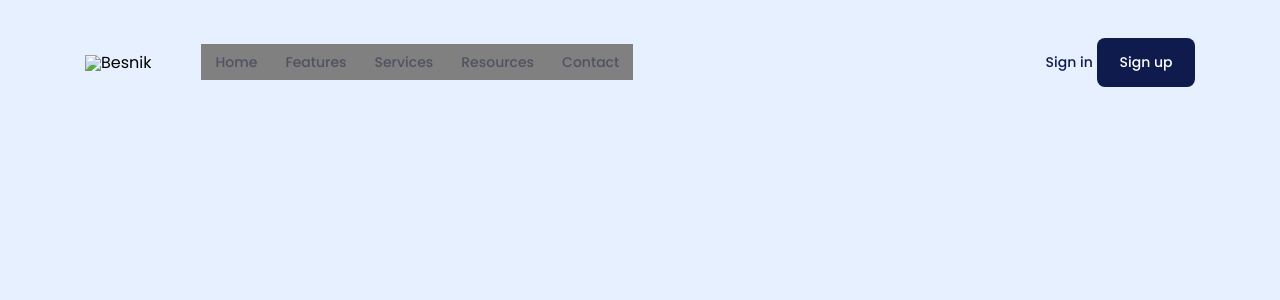
Repository: Phu2992/htmlcss-f8-01
Page: index.html
The author's editor kept a copy of each file at every save. The page is drawn from the files as they stood at one save, then again after the next save.
The browser window is 1280 px wide. The pictures show the whole page.

Above is the page before, as saved 2024-09-25 22:48:34.

### index.html
<!DOCTYPE html>
<html lang="en">
    <head>
        <meta charset="UTF-8" />
        <meta name="viewport" content="width=device-width, initial-scale=1.0" />
        <link rel="stylesheet" href="./assets/css/reset.css" />
        <link rel="stylesheet" href="./assets/fonts/stylesheet.css" />
        <link rel="stylesheet" href="./assets/css/styles.css" />
        <title>F8-Project-1</title>
    </head>
    <body>
        <!-- Header -->
        <header class="header">
            <div class="content">
                <nav class="navbar">
                    <img src="./assets/img/logo.svg" alt="Besnik" />
                    <ul>
                        <li><a href="#!">Home</a></li>
                        <li><a href="#!">Features</a></li>
                        <li><a href="#!">Services</a></li>
                        <li><a href="#!">Resources</a></li>
                        <li><a href="#!">Contact</a></li>
                    </ul>
                    <div class="action">
                        <a href="#!" class="action-link">Sign in</a>
                        <a href="#!" class="btn">Sign up</a>
                    </div>
                </nav>
            </div>
        </header>
    </body>
</html>

### assets/fonts/stylesheet.css
/* ===================== Poppins====================== */
@font-face {
    font-family: "Poppins";
    src: url("poppins/Poppins-Bold.woff2") format("woff2"),
        url("poppins/Poppins-Bold.woff") format("woff");
    font-weight: bold;
    font-style: normal;
    font-display: swap;
}

@font-face {
    font-family: "Poppins";
    src: url("poppins/Poppins-BlackItalic.woff2") format("woff2"),
        url("poppins/Poppins-BlackItalic.woff") format("woff");
    font-weight: 900;
    font-style: italic;
    font-display: swap;
}

@font-face {
    font-family: "Poppins";
    src: url("poppins/Poppins-Black.woff2") format("woff2"),
        url("poppins/Poppins-Black.woff") format("woff");
    font-weight: 900;
    font-style: normal;
    font-display: swap;
}

@font-face {
    font-family: "Poppins";
    src: url("poppins/Poppins-ExtraBold.woff2") format("woff2"),
        url("poppins/Poppins-ExtraBold.woff") format("woff");
    font-weight: bold;
    font-style: normal;
    font-display: swap;
}

@font-face {
    font-family: "Poppins";
    src: url("poppins/Poppins-ExtraLight.woff2") format("woff2"),
        url("poppins/Poppins-ExtraLight.woff") format("woff");
    font-weight: 200;
    font-style: normal;
    font-display: swap;
}

@font-face {
    font-family: "Poppins";
    src: url("poppins/Poppins-BoldItalic.woff2") format("woff2"),
        url("poppins/Poppins-BoldItalic.woff") format("woff");
    font-weight: bold;
    font-style: italic;
    font-display: swap;
}

@font-face {
    font-family: "Poppins";
    src: url("poppins/Poppins-ExtraBoldItalic.woff2") format("woff2"),
        url("poppins/Poppins-ExtraBoldItalic.woff") format("woff");
    font-weight: bold;
    font-style: italic;
    font-display: swap;
}

@font-face {
    font-family: "Poppins";
    src: url("poppins/Poppins-Light.woff2") format("woff2"),
        url("poppins/Poppins-Light.woff") format("woff");
    font-weight: 300;
    font-style: normal;
    font-display: swap;
}

@font-face {
    font-family: "Poppins";
    src: url("poppins/Poppins-LightItalic.woff2") format("woff2"),
        url("poppins/Poppins-LightItalic.woff") format("woff");
    font-weight: 300;
    font-style: italic;
    font-display: swap;
}

@font-face {
    font-family: "Poppins";
    src: url("poppins/Poppins-Italic.woff2") format("woff2"),
        url("poppins/Poppins-Italic.woff") format("woff");
    font-weight: normal;
    font-style: italic;
    font-display: swap;
}

@font-face {
    font-family: "Poppins";
    src: url("poppins/Poppins-ExtraLightItalic.woff2") format("woff2"),
        url("poppins/Poppins-ExtraLightItalic.woff") format("woff");
    font-weight: 200;
    font-style: italic;
    font-display: swap;
}

@font-face {
    font-family: "Poppins";
    src: url("poppins/Poppins-Medium.woff2") format("woff2"),
        url("poppins/Poppins-Medium.woff") format("woff");
    font-weight: 500;
    font-style: normal;
    font-display: swap;
}

@font-face {
    font-family: "Poppins";
    src: url("poppins/Poppins-ThinItalic.woff2") format("woff2"),
        url("poppins/Poppins-ThinItalic.woff") format("woff");
    font-weight: 100;
    font-style: italic;
    font-display: swap;
}

@font-face {
    font-family: "Poppins";
    src: url("poppins/Poppins-Thin.woff2") format("woff2"),
        url("poppins/Poppins-Thin.woff") format("woff");
    font-weight: 100;
    font-style: normal;
    font-display: swap;
}

@font-face {
    font-family: "Poppins";
    src: url("poppins/Poppins-SemiBold.woff2") format("woff2"),
        url("poppins/Poppins-SemiBold.woff") format("woff");
    font-weight: 600;
    font-style: normal;
    font-display: swap;
}

@font-face {
    font-family: "Poppins";
    src: url("poppins/Poppins-SemiBoldItalic.woff2") format("woff2"),
        url("poppins/Poppins-SemiBoldItalic.woff") format("woff");
    font-weight: 600;
    font-style: italic;
    font-display: swap;
}

@font-face {
    font-family: "Poppins";
    src: url("poppins/Poppins-MediumItalic.woff2") format("woff2"),
        url("poppins/Poppins-MediumItalic.woff") format("woff");
    font-weight: 500;
    font-style: italic;
    font-display: swap;
}

@font-face {
    font-family: "Poppins";
    src: url("poppins/Poppins-Regular.woff2") format("woff2"),
        url("poppins/Poppins-Regular.woff") format("woff");
    font-weight: normal;
    font-style: normal;
    font-display: swap;
}

### assets/css/styles.css
* {
    box-sizing: border-box;
}

html {
    font-size: 62.5%;
}

body {
    font-size: 1.6rem;
    font-family: "Poppins", sans-serif;
}

/* common */
.content {
    width: 1110px;
    margin-left: auto;
    margin-right: auto;
}

a {
    text-decoration: none;
}

.header {
    background-color: #e6f0ff;
    height: 100vh;
    /* margin: auto; */
}

.btn {
    display: inline-block;
    padding: 14px 16px;
    min-width: 98px;
    border-radius: 8px;
    background: #0f1b4c;
    color: #fff;
    text-align: center;
    font-size: 1.4rem;
    font-style: normal;
    font-weight: 500;
    line-height: normal;
}

/* Header-Navigation */
.navbar {
    display: flex;
    align-items: center;
    padding-top: 38px;
}

.navbar ul {
    display: flex;
    margin-left: 50px;
}

.navbar ul a {
    color: #4f5361;
    font-size: 1.4rem;
    font-style: normal;
    font-weight: 500;
    line-height: normal;
    padding: 8px 14px;
    background-color: grey;
}

.navbar .action {
    margin-left: auto;
}

.navbar .action-link {
    color: #0f1b4c;
    font-size: 1.4rem;
    font-style: normal;
    font-weight: 500;
    line-height: normal;
}

Loaded but not shown: assets/css/reset.css (common file)

After the next save:
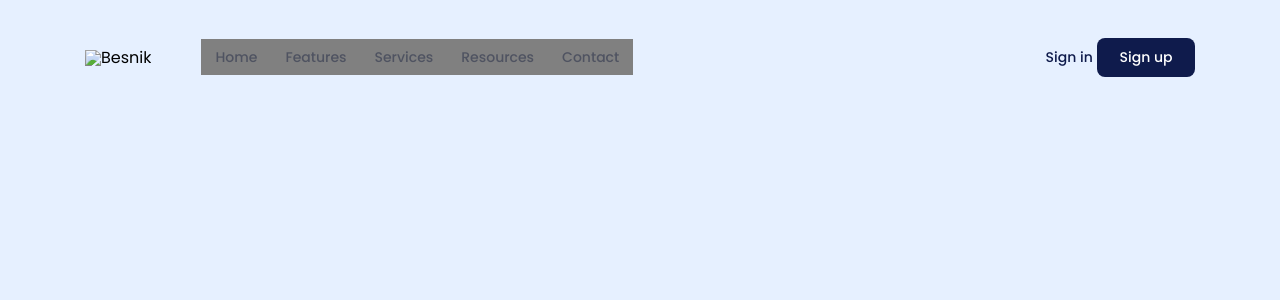
Saved 3 min 29 s later.
--- a/assets/css/styles.css
+++ b/assets/css/styles.css
@@ -75,3 +75,7 @@
     font-weight: 500;
     line-height: normal;
 }
+
+.navbar .action .btn {
+    padding: 9px 16px;
+}
